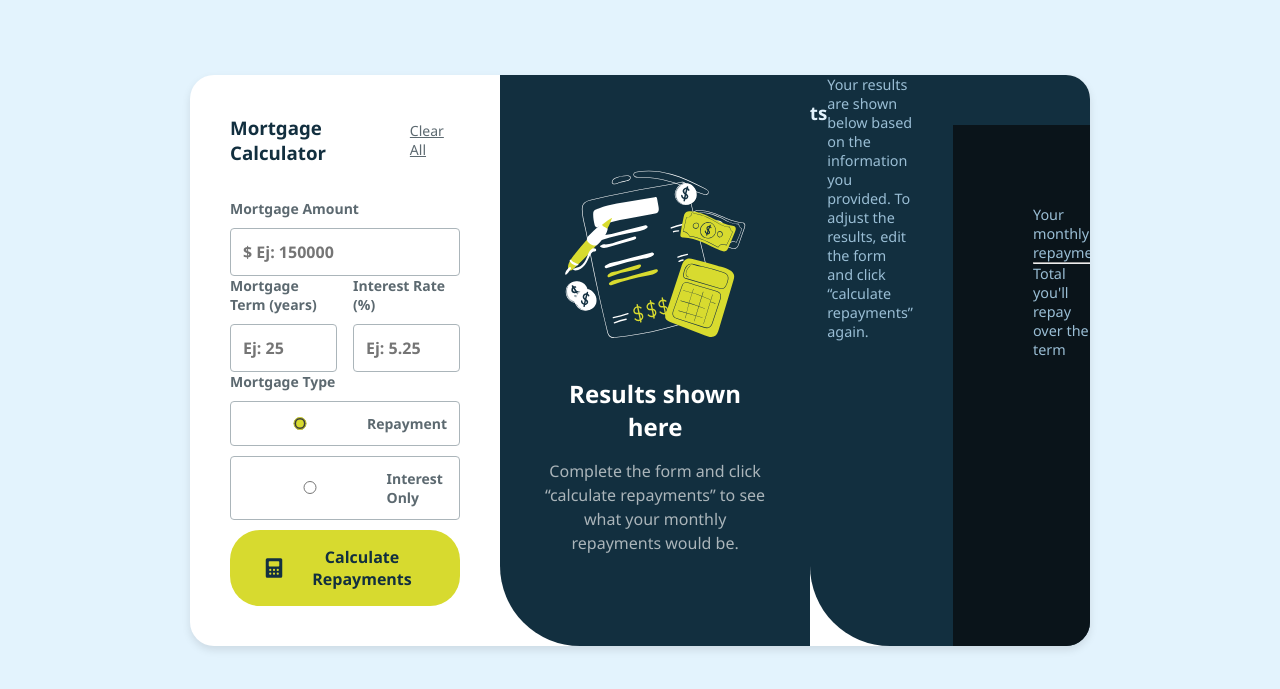
Repository: GravielPV/Mortgage-repayment-calculator
Page: index.html
The author's editor kept a copy of each file at every save. The page is drawn from the files as they stood at one save, then again after the next save.
The browser window is 1280 px wide. The pictures show the whole page.

Above is the page before, as saved 2025-12-14 15:16:35.

After the next save:
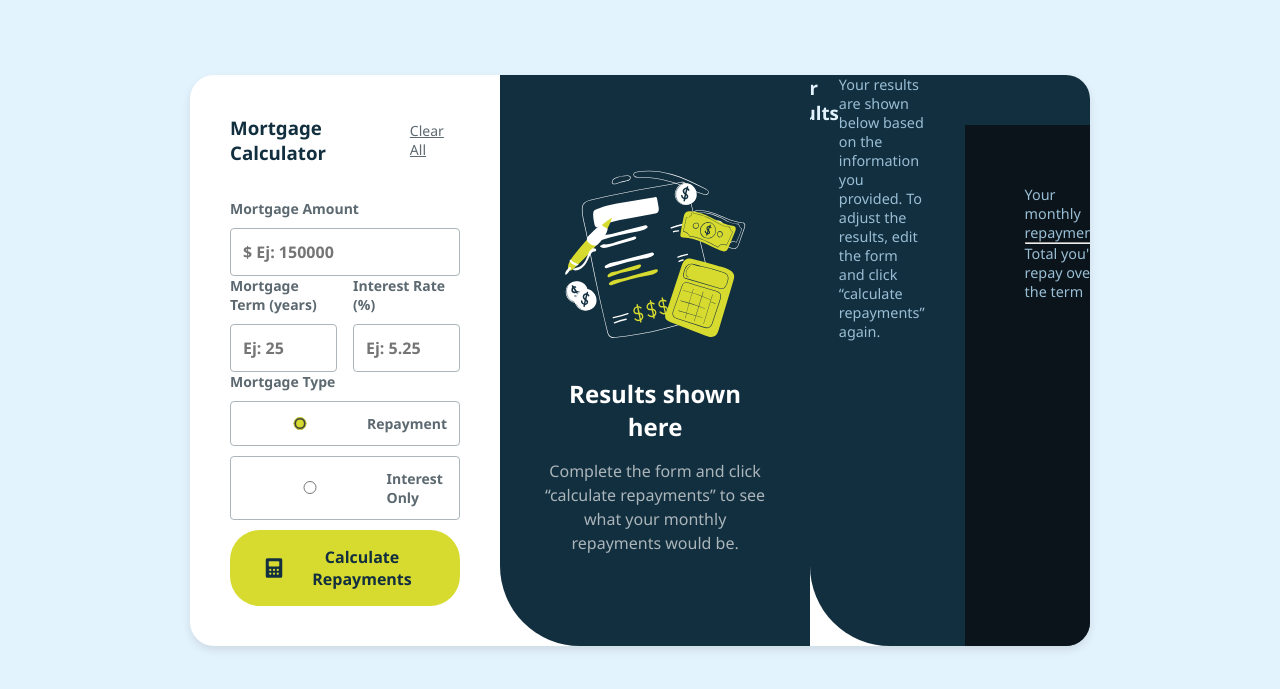
Saved 6 s later.
--- a/styles.css
+++ b/styles.css
@@ -201,7 +201,7 @@ button:hover {
     position: relative;
     left: 40px;
     top: 50px;
-    padding: 80px;
+    padding: 60px;
 
 
 
